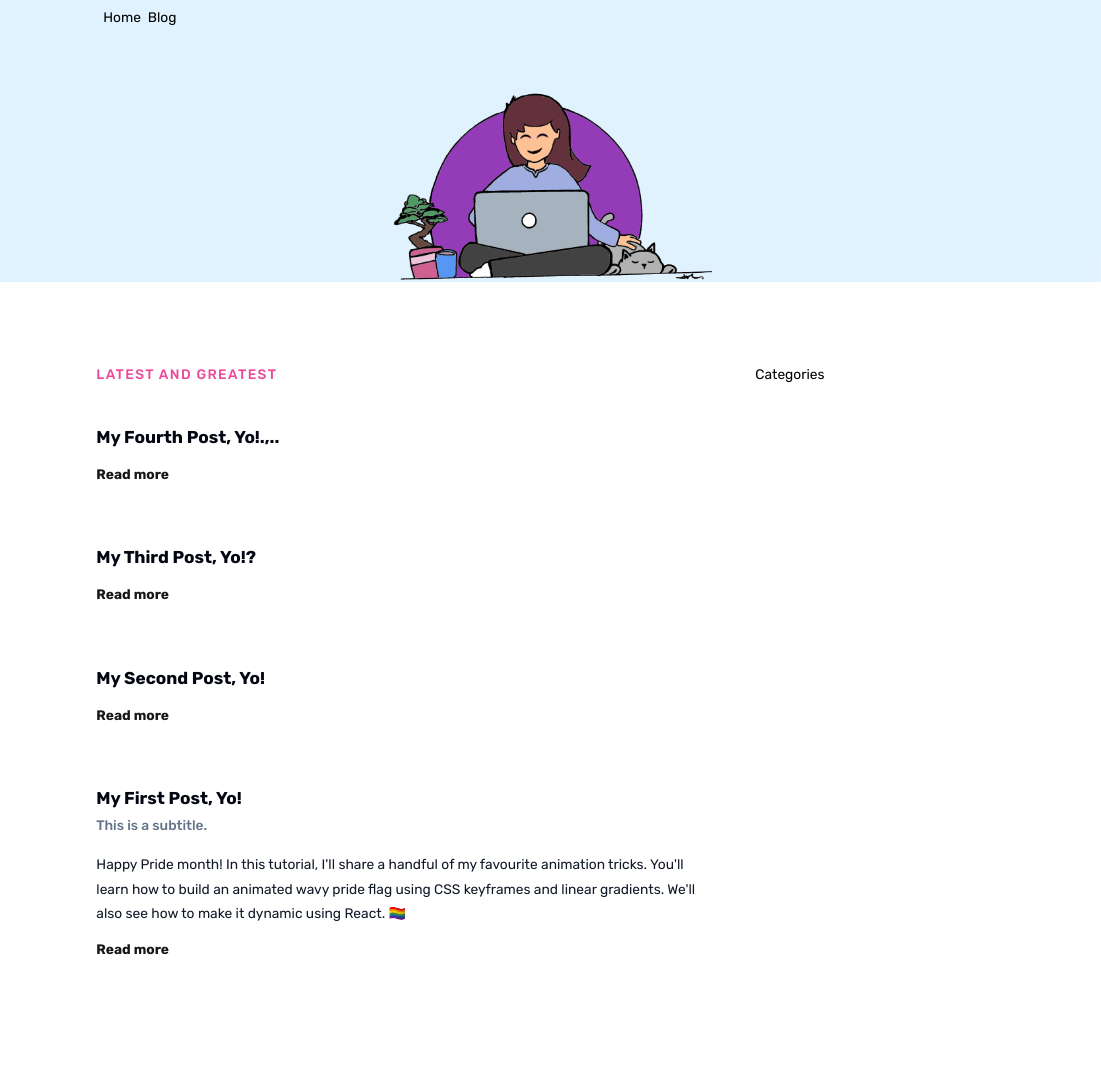
Repository: Risclover/markdown-blog
Page: /
An editor plug-in stored every save of this project. The page is shown before and after the next save, followed by the edit.
The browser window is 1280 px wide. The pictures show the whole page, at 86% of full size.
The project was rebuilt for these pictures with package versions that can differ from the ones it lists, and the page was loaded fresh each time. Also part of the build but not shown: src/ErrorPage.js, src/pages/PostPage/PostPage.js.

Above is the page before, as saved 2023-06-29 04:36:32.

After the next save:
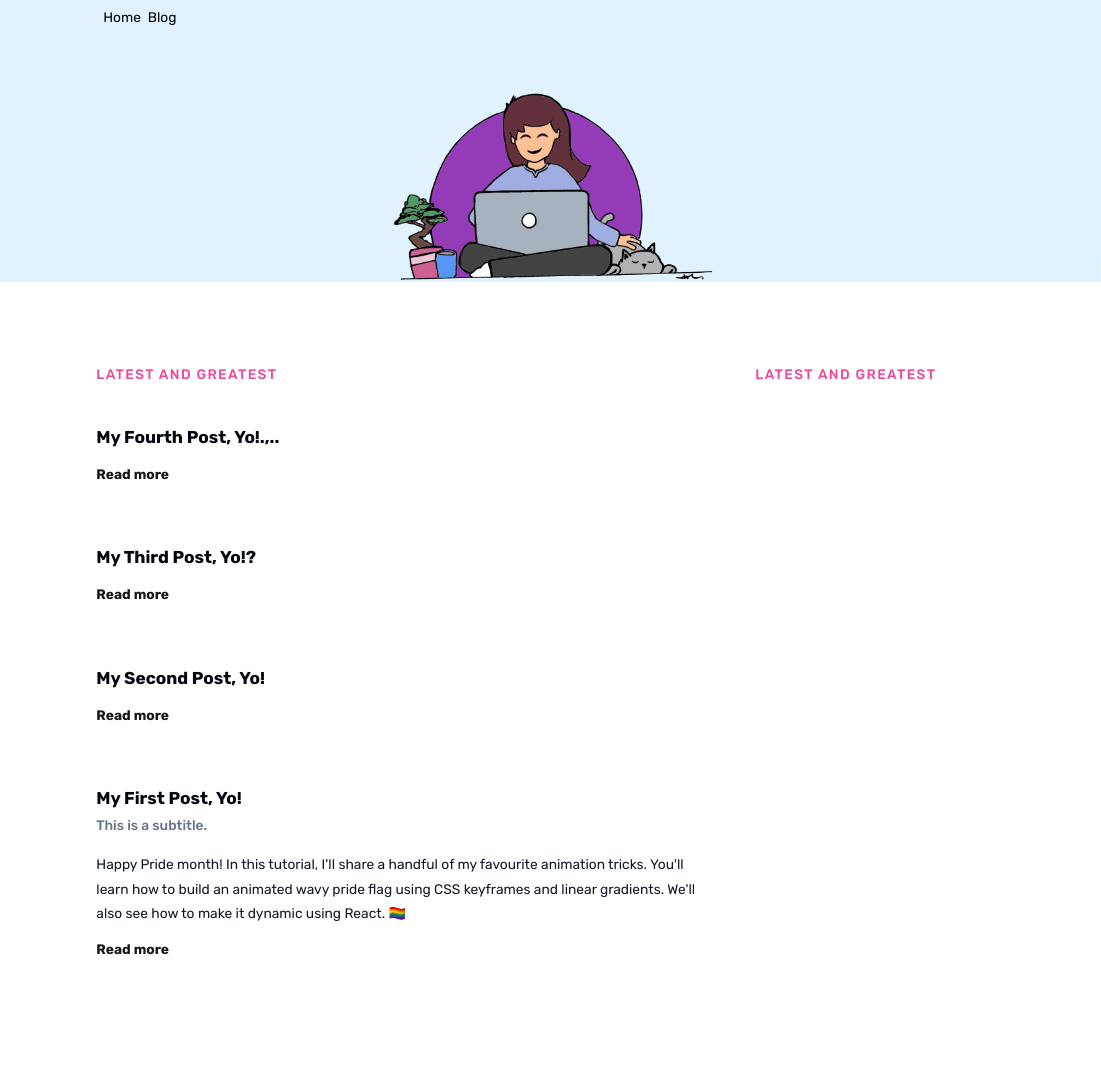
Saved 9 s later.
--- a/src/pages/Home/Categories.js
+++ b/src/pages/Home/Categories.js
@@ -3,7 +3,9 @@ import React from "react";
 export default function Categories() {
   return (
     <section className="w-3/6">
-      <h2>Categories</h2>
+      <h2 className="uppercase text-base font-medium tracking-widest text-pink-500 mb-9">
+        Latest and Greatest
+      </h2>{" "}
     </section>
   );
 }
